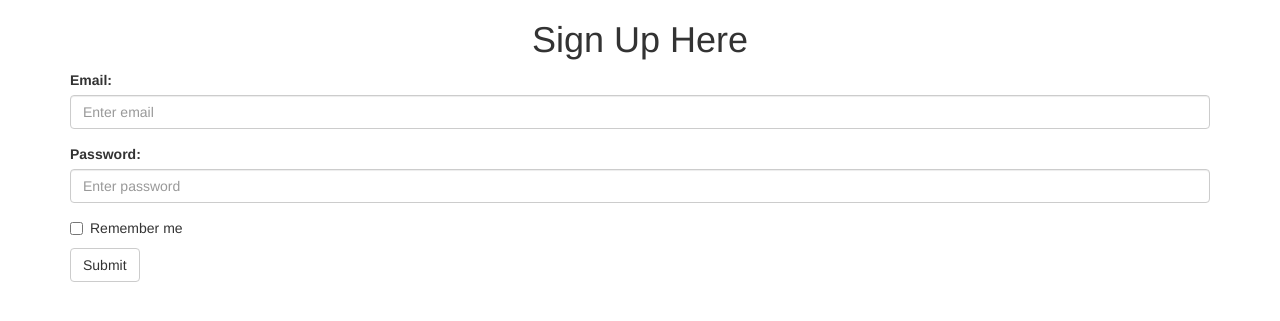
Repository: ManaliSant/Project-2-
Page: InteractionFrontEnd/WebContent/web/c_user/LogIn.html
An editor plug-in stored every save of this project. The page is shown before and after the next save, followed by the edit.
The browser window is 1280 px wide. The pictures show the whole page.

Above is the page before, as saved 2018-12-12 11:39:54.

After the next save:
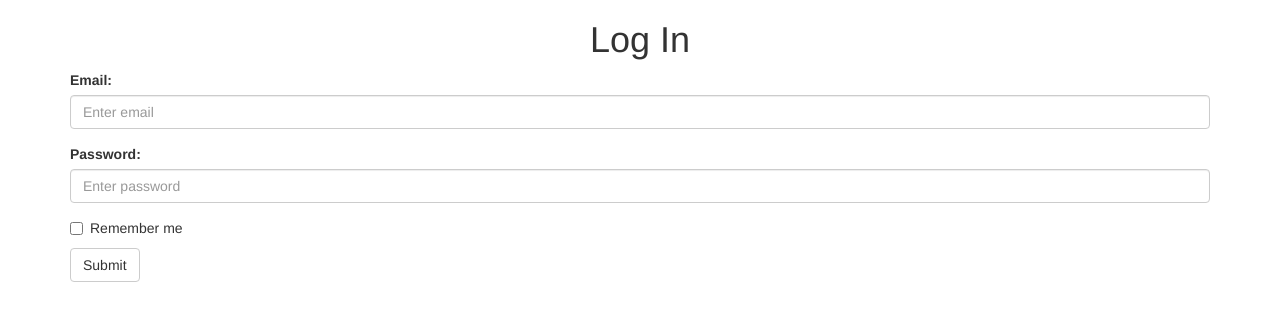
Saved 2 min 9 s later.
--- a/InteractionFrontEnd/WebContent/web/c_user/LogIn.html
+++ b/InteractionFrontEnd/WebContent/web/c_user/LogIn.html
@@ -13,7 +13,7 @@
 <div class="container">
   <h1>
 		<center>
-			Sign Up Here
+			Log In
 		</center>
 	</h1>
 
